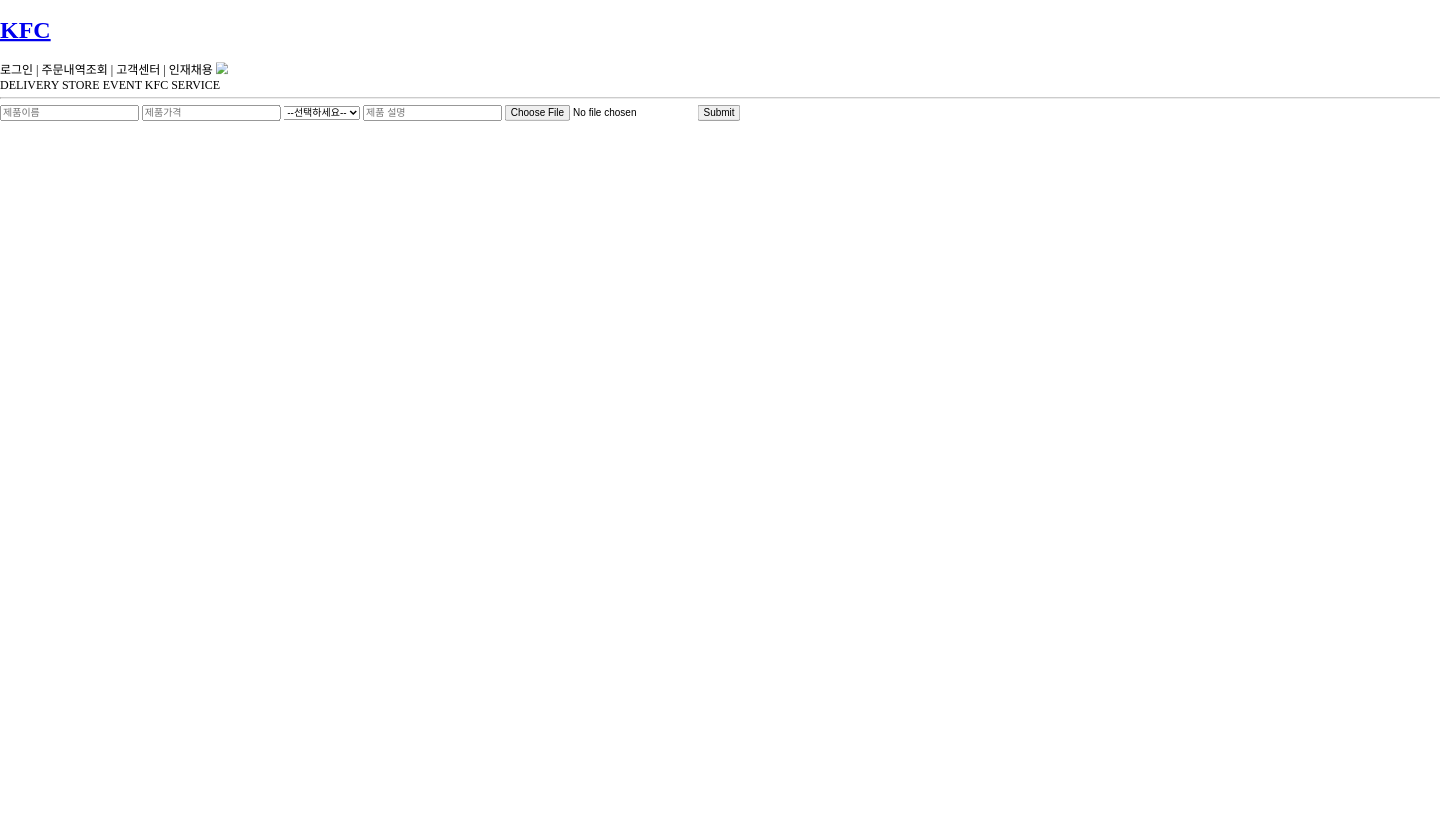
Repository: un-seong/jsp
Page: http://localhost/정운성9A/add.jsp
An editor plug-in stored every save of this project. The page is shown before and after the next save, followed by the edit.
The browser window is 1280 px wide. The page is 1920 px wide, then 1280 px, so the pictures cover 1920 px, including what lies to the right of the window. The pictures show the whole page, at 75% of full size.
The page is served by Tomcat 9. The template is opened directly, without the code that normally fills it, so the values that code supplies are empty.

Above is the page before, as saved 2022-12-23 05:16:12.

After the next save:
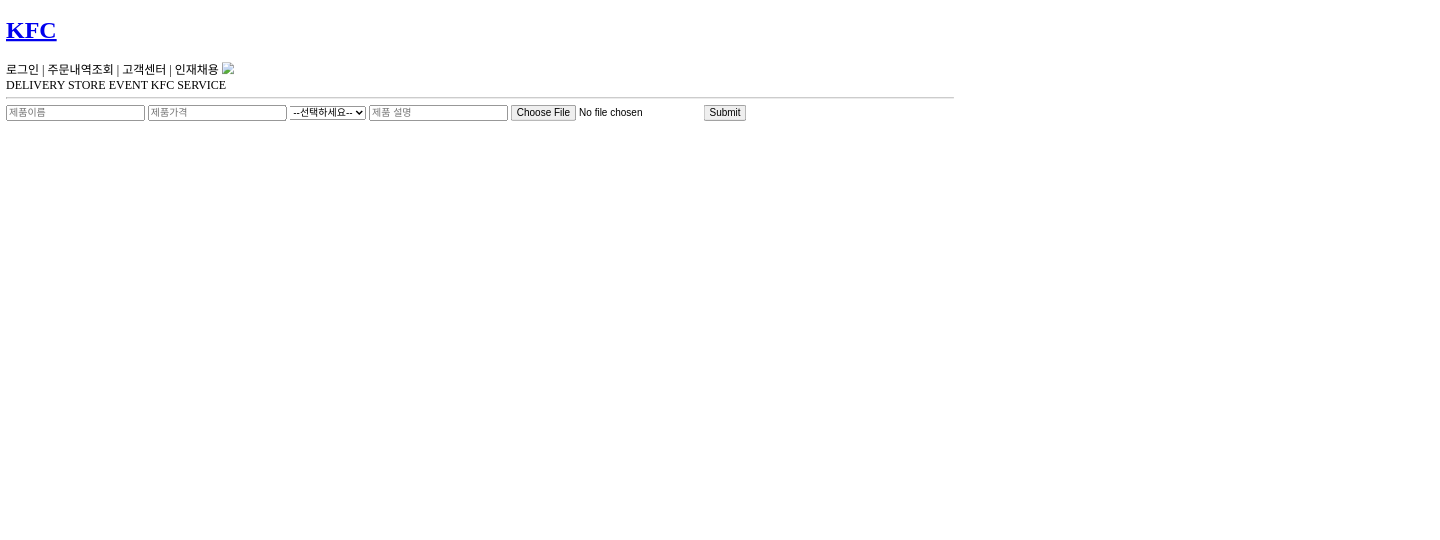
Saved 47 s later.
--- a/정운성9A/정운성9A/WebContent/header.jsp
+++ b/정운성9A/정운성9A/WebContent/header.jsp
@@ -1,8 +1,8 @@
 <%@ page language="java" contentType="text/html; charset=UTF-8"
     pageEncoding="UTF-8" import="정운성9A.*"%>
 <%@ taglib prefix="c" uri="http://java.sun.com/jsp/jstl/core" %>
+<c:set var="cpath" value="${pageContext.request.contextPath }" />
 <c:set var="dao" value="${KfcDAO.getInstance()}" />
-<c:set var="cpath" value="${pageContext.request.contextPath }" />
 <% request.setCharacterEncoding("UTF-8"); %>
 
 
@@ -12,23 +12,7 @@
 <meta charset="UTF-8">
 <title>정운성9A</title>
 <style>
-	body {
-		width: 1920px;
-		height: 1080px;
-		margin: 0px;
-		padding: 0px;
-	}
 
-	.item {
-		display: inline-flex;
-
-
-	}
-
-	p {
-		width: 300px;
-		text-align: center;
-	}
 
 </style>
 </head>
